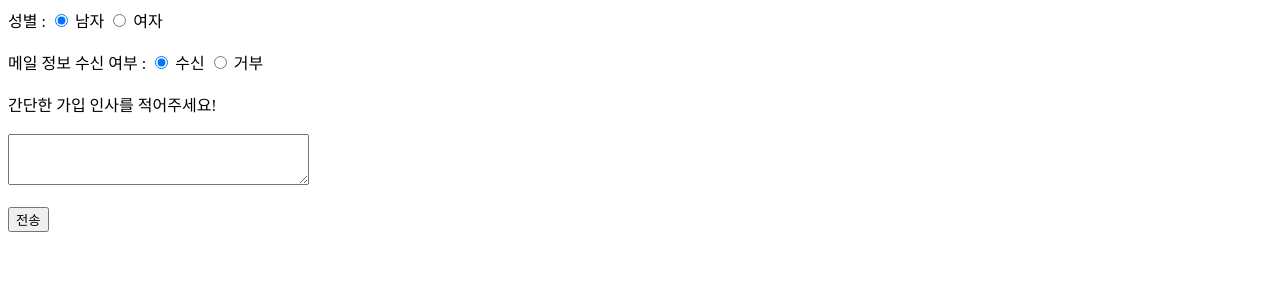
Repository: yjeongyjeong/jsp
Page: http://localhost/web-study-02/05_radio.jsp
These files come from the project's save history. The page is drawn as it stood at one moment and after the next save; the edit follows.
The browser window is 1280 px wide. The pictures show the whole page.
The page is served by Tomcat 9. Other server files are loaded and not shown.

Above is the page before, as saved 2023-10-10 07:40:11.

### web-study-02/src/main/webapp/05_radio.jsp
<%@ page language="java" contentType="text/html; charset=UTF-8"
	pageEncoding="UTF-8"%>
<!DOCTYPE html>
<html>
<head>
<meta charset="UTF-8">
<title>Insert title here</title>
</head>
<body>
	<form action="RadioServlet" method="get">
		<label for="gender"> 성별 : </label>
		<input type="radio" id="gender" name="gender" value="남자" checked> 남자
		<input type="radio" id="gender" name="gender" value="여자"> 여자 <br><br>

		<label for="chk_mail"> 메일 정보 수신 여부 : </label>
		<input type="radio" id="chk_mail" name="chk_mail" value="yes" checked> 수신
		<input type="radio" id="chk_mail" name="chk_mail" value="no"> 거부 <br><br>

		<label for="content"> 간단한 가입 인사를 적어주세요! </label><br><br>
		<textarea id="content" name="content" rows="3" cols="35"></textarea><br><br>
		<input type="submit" value="전송">


	</form>
</body>
</html>

After the next save:
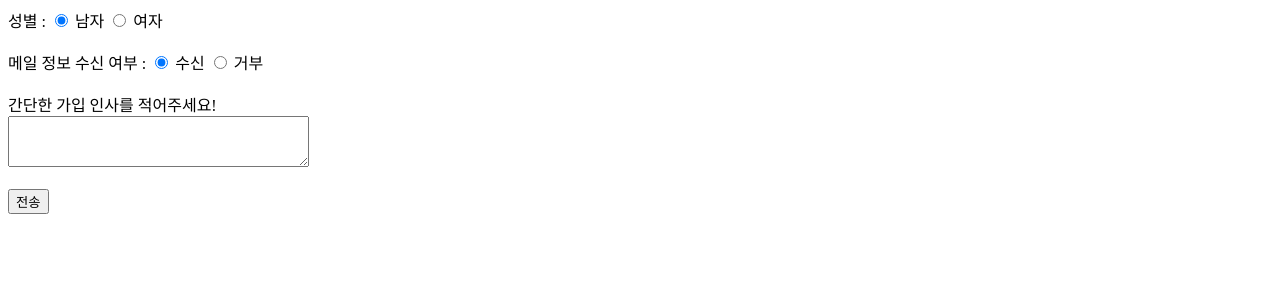
Saved 12 s later.
--- a/web-study-02/src/main/webapp/05_radio.jsp
+++ b/web-study-02/src/main/webapp/05_radio.jsp
@@ -16,7 +16,7 @@
 		<input type="radio" id="chk_mail" name="chk_mail" value="yes" checked> 수신
 		<input type="radio" id="chk_mail" name="chk_mail" value="no"> 거부 <br><br>
 
-		<label for="content"> 간단한 가입 인사를 적어주세요! </label><br><br>
+		<label for="content"> 간단한 가입 인사를 적어주세요! </label><br>
 		<textarea id="content" name="content" rows="3" cols="35"></textarea><br><br>
 		<input type="submit" value="전송">
 
